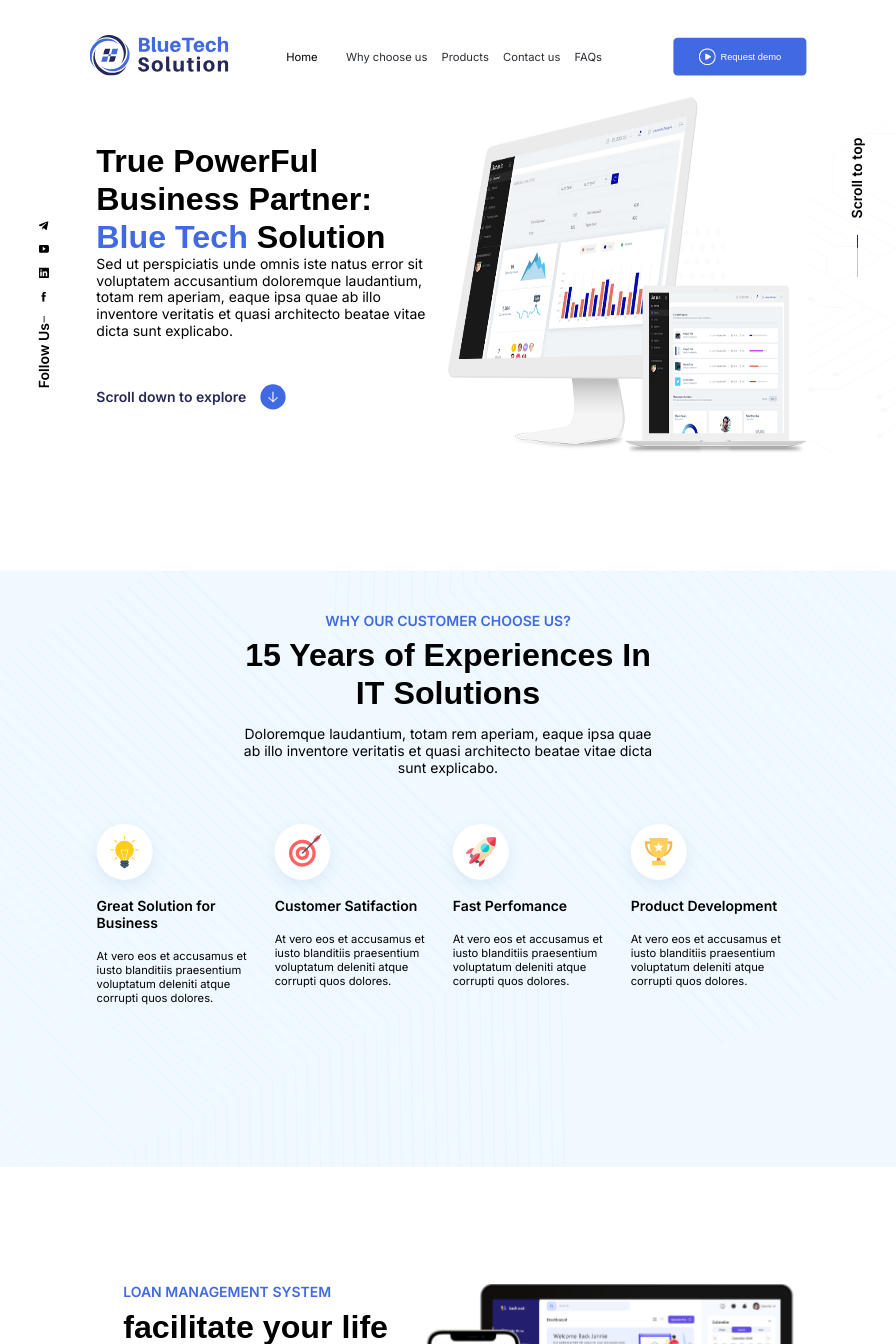
Repository: Chamsmey/static-html-css
Page: index.html
These files come from the project's save history. The page is drawn as it stood at one moment and after the next save; the edit follows.
The browser window is 1280 px wide. The pictures show the part of the page from y = 0 to 1920 px (the page is 3034 px tall), at 70% of full size.
Some web fonts or font styles are not loaded; a fallback is used.

Above is the page before, as saved 2022-11-15 15:49:44.

After the next save:
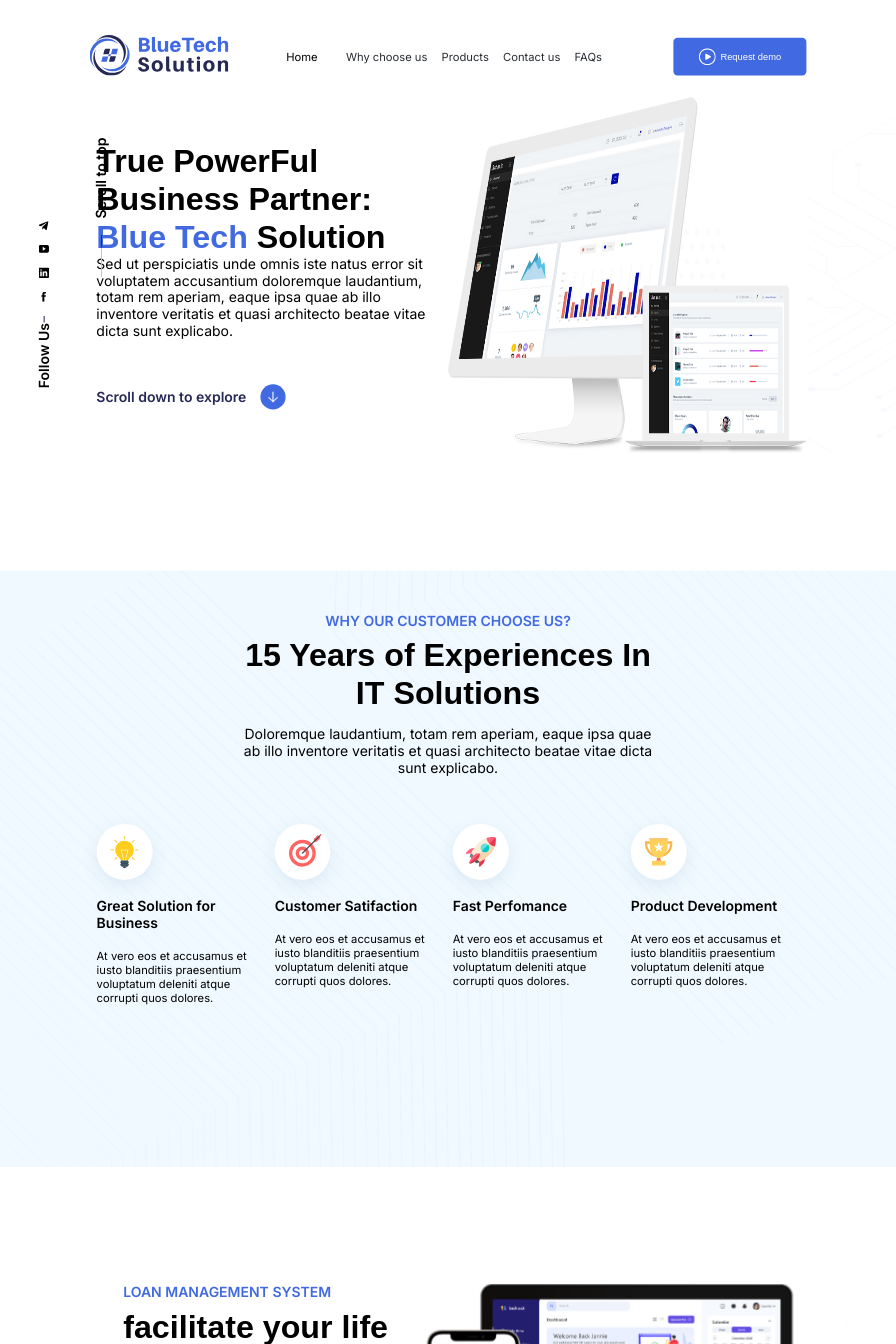
Saved 11 s later.
--- a/css/style.css
+++ b/css/style.css
@@ -377,7 +377,7 @@ height: 300px;
   width: 50px;
   height: 200px;
   /* background: red; */
-  left: 1200px;
+  left: 120px;
   top: 200px;
 
 }
